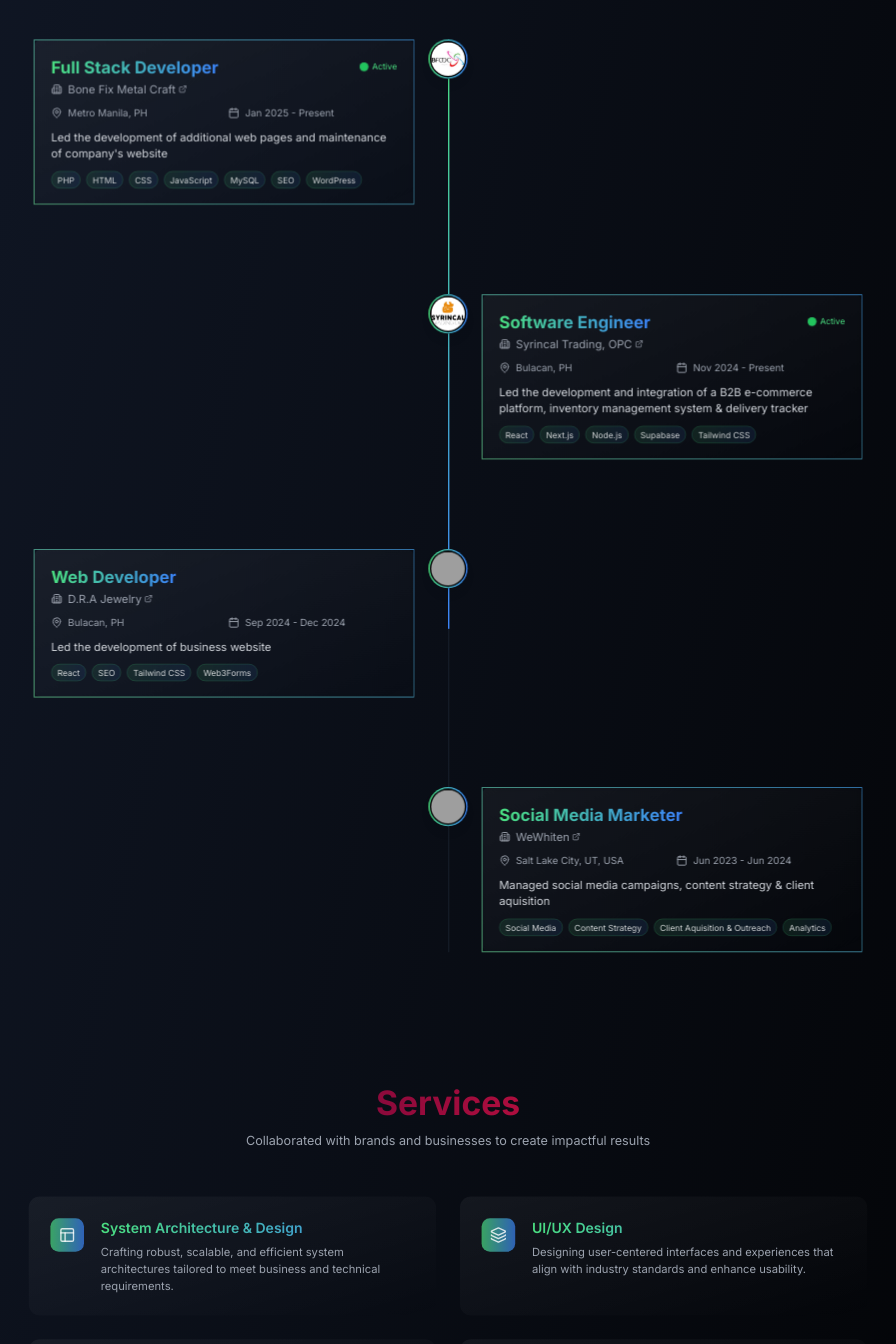
Repository: Alas-3/alas-dev-v2
Page: /
These files come from the project's save history. The page is drawn as it stood at one moment and after the next save; the edit follows.
The browser window is 1280 px wide. The pictures show the part of the page from y = 1276 to 3196 px (the page is 6032 px tall), at 70% of full size.
Pictures or frames that could not be fetched are drawn as grey boxes. The project was rebuilt for these pictures with package versions that can differ from the ones it lists, and the page was loaded fresh each time. The framework's server and built-in components were replaced by stand-ins that run in the browser. Also part of the build but not shown: next.config.mjs.

Above is the page before, as saved 2025-04-14 16:37:54.

After the next save:
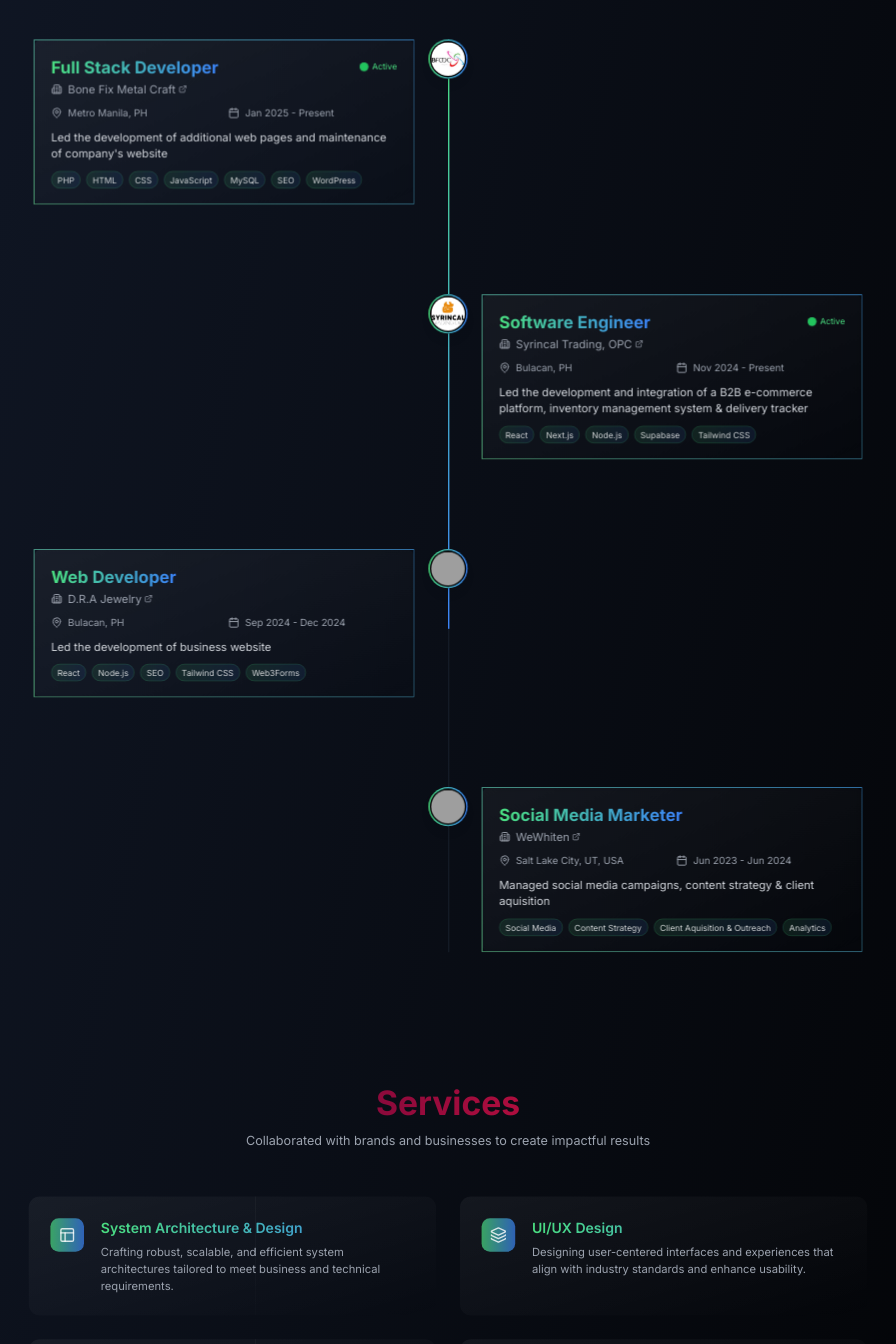
Saved 90 s later.
--- a/pages/components/ExperienceSection.jsx
+++ b/pages/components/ExperienceSection.jsx
@@ -34,7 +34,7 @@
     logo: "https://encrypted-tbn0.gstatic.com/images?q=tbn:ANd9GcRPlxGEa_lx4b8-5QFW2a8vwTxXwLFkCjN2xQ&s",
     description: "Led the development of business website",
     current: false,
-    skills: ["React", "SEO", "Tailwind CSS", "Web3Forms"],
+    skills: ["React", "Node.js", "SEO", "Tailwind CSS", "Web3Forms"],
     website: "https://dra-jewelry.vercel.app/",
   },
   {
